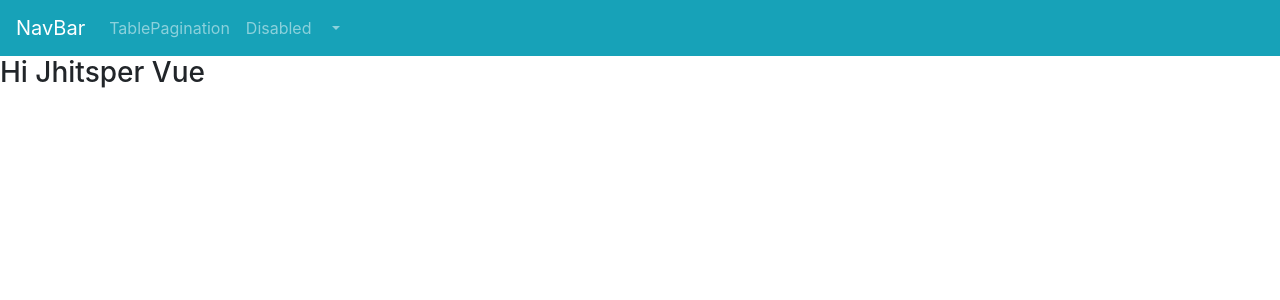
Repository: iian0910/bootstrapVue-demo
Page: /
An editor plug-in stored every save of this project. The page is shown before and after the next save, followed by the edit.
The browser window is 1280 px wide. The pictures show the whole page.
The project was rebuilt for these pictures with package versions that can differ from the ones it lists, and the page was loaded fresh each time.

Above is the page before, as saved 2021-04-26 14:36:15.

### src/main.ts
import axios from 'axios'
import { BootstrapVue, IconsPlugin } from 'bootstrap-vue'
import 'bootstrap-vue/dist/bootstrap-vue.css'
// Import Bootstrap an BootstrapVue CSS files (order is important)
import 'bootstrap/dist/css/bootstrap.css'
import Vue from 'vue'
import VueAxios from 'vue-axios'
import App from './App.vue'
import router from './router'

// Make BootstrapVue available throughout your project
Vue.use(BootstrapVue)
// Optionally install the BootstrapVue icon components plugin
Vue.use(IconsPlugin)
Vue.use(VueAxios, axios)

Vue.config.productionTip = false

new Vue({
  router,
  render: h => h(App)
}).$mount('#app')

### src/App.vue
<template>
  <div id="app">
  <Main/>
  </div>
</template>

<script lang="ts">
import { Component, Vue } from 'vue-property-decorator'
import Main from './pages/Main.vue'

@Component({
  components: {
    Main
  }
})
export default class App extends Vue {}
</script>

<style lang="scss">

</style>

### src/router/index.ts
import Vue from 'vue'
import VueRouter from 'vue-router'

Vue.use(VueRouter)

const routes = [
  {
    path: '/',
    name: 'Home',
    component: () => import('../pages/Index.vue')
  },
  {
    path: '/tablePagination',
    name: 'TablePagination',
    component: () => import('../components/TablePagination.vue')
  }
]

const router = new VueRouter({
  routes
})

export default router

### src/pages/Main.vue
<template>
  <div>
    <Navbar/>
    <router-view></router-view>
  </div>
</template>
<script lang="ts">
import { Component, Vue } from 'vue-property-decorator'
import Navbar from '../components/Navbar.vue'

@Component({
  components: {
    Navbar
  }
})
export default class Main extends Vue {

}
</script>
<style lang="scss">

</style>

### src/pages/Index.vue
<template>
  <div>
    <h3>Hi Jhitsper Vue</h3>
  </div>
</template>
<script lang="ts">
import { Component, Vue } from 'vue-property-decorator'

@Component({
  components: {}
})
export default class Index extends Vue {

}
</script>
<style lang="scss">

</style>

### src/components/Navbar.vue
<template>
  <div>
    <b-navbar toggleable="lg" type="dark" variant="info">
      <b-navbar-brand to="/">NavBar</b-navbar-brand>

      <b-navbar-toggle target="nav-collapse"></b-navbar-toggle>

      <b-collapse id="nav-collapse" is-nav>
        <b-navbar-nav>
          <b-nav-item to="/tablePagination">TablePagination</b-nav-item>
          <b-nav-item href="#">Disabled</b-nav-item>
          <b-nav-item-dropdown href="#">下拉選單</b-nav-item-dropdown>
        </b-navbar-nav>
      </b-collapse>
    </b-navbar>
  </div>
</template>

<script lang="ts">
import { Component, Vue } from 'vue-property-decorator'

// Component 宣告在最前面
@Component({
  components: {

  }
})

export default class Navbar extends Vue {

}
</script>

Loaded but not shown: public/index.html (common file)

After the next save:
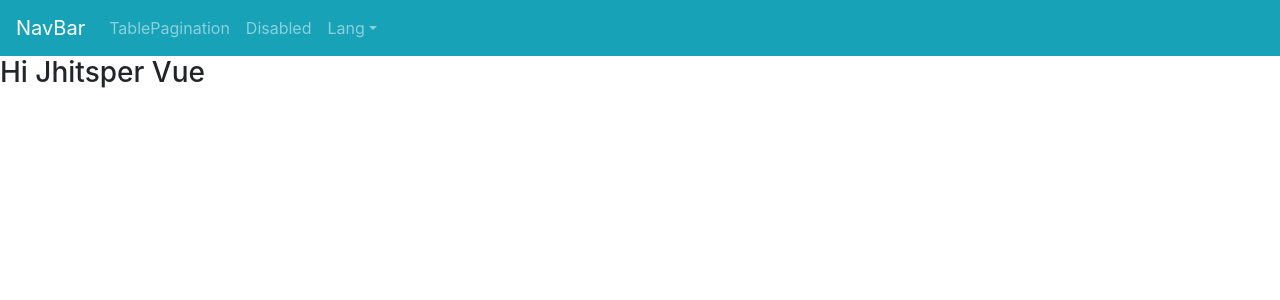
Saved 43 s later.
--- a/src/components/Navbar.vue
+++ b/src/components/Navbar.vue
@@ -9,7 +9,12 @@
         <b-navbar-nav>
           <b-nav-item to="/tablePagination">TablePagination</b-nav-item>
           <b-nav-item href="#">Disabled</b-nav-item>
-          <b-nav-item-dropdown href="#">下拉選單</b-nav-item-dropdown>
+          <b-nav-item-dropdown text="Lang" right>
+            <b-dropdown-item href="#">EN</b-dropdown-item>
+            <b-dropdown-item href="#">ES</b-dropdown-item>
+            <b-dropdown-item href="#">RU</b-dropdown-item>
+            <b-dropdown-item href="#">FA</b-dropdown-item>
+          </b-nav-item-dropdown>
         </b-navbar-nav>
       </b-collapse>
     </b-navbar>
